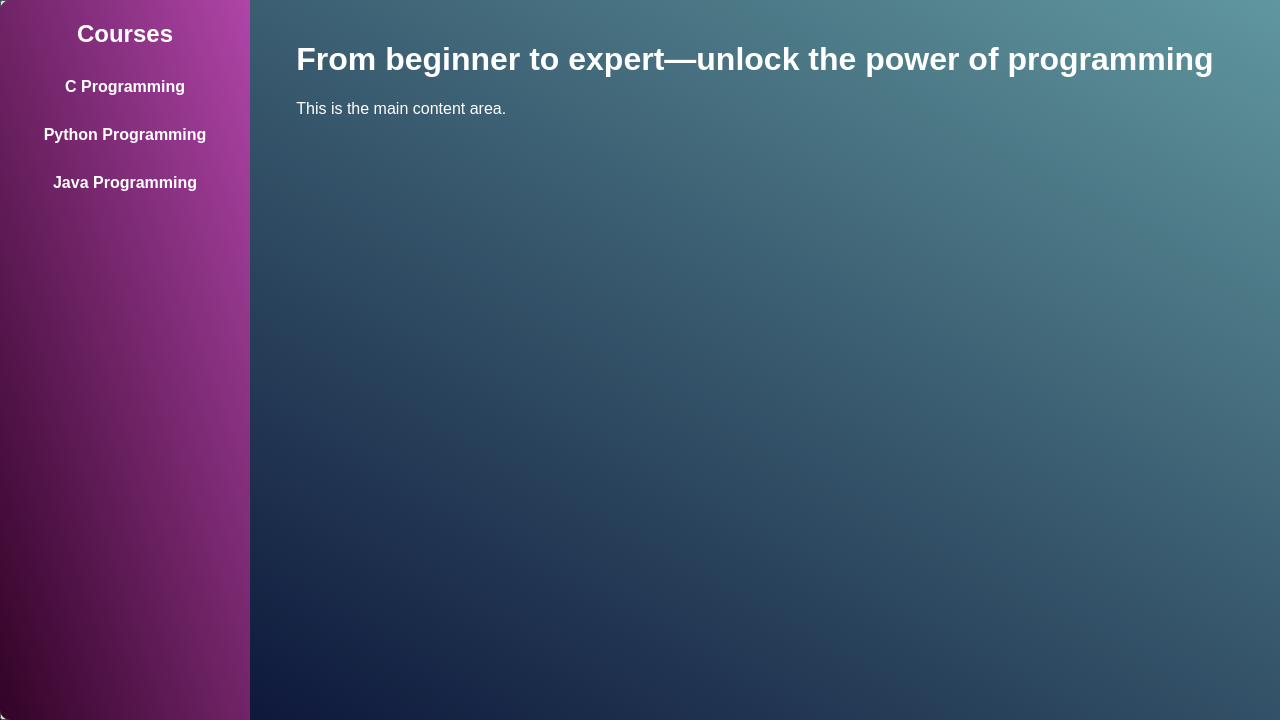
Repository: RishitSharma88/SeaGro
Page: templates/learningcourses.html
An editor plug-in stored every save of this project. The page is shown before and after the next save, followed by the edit.
The browser window is 1280 px wide. The pictures show the whole page.
The template is drawn by Flask 3. The application's start-up code is not run. The template is opened directly, without the code that normally fills it, so the values that code supplies are empty.

Above is the page before, as saved 2024-12-28 18:07:04.

After the next save:
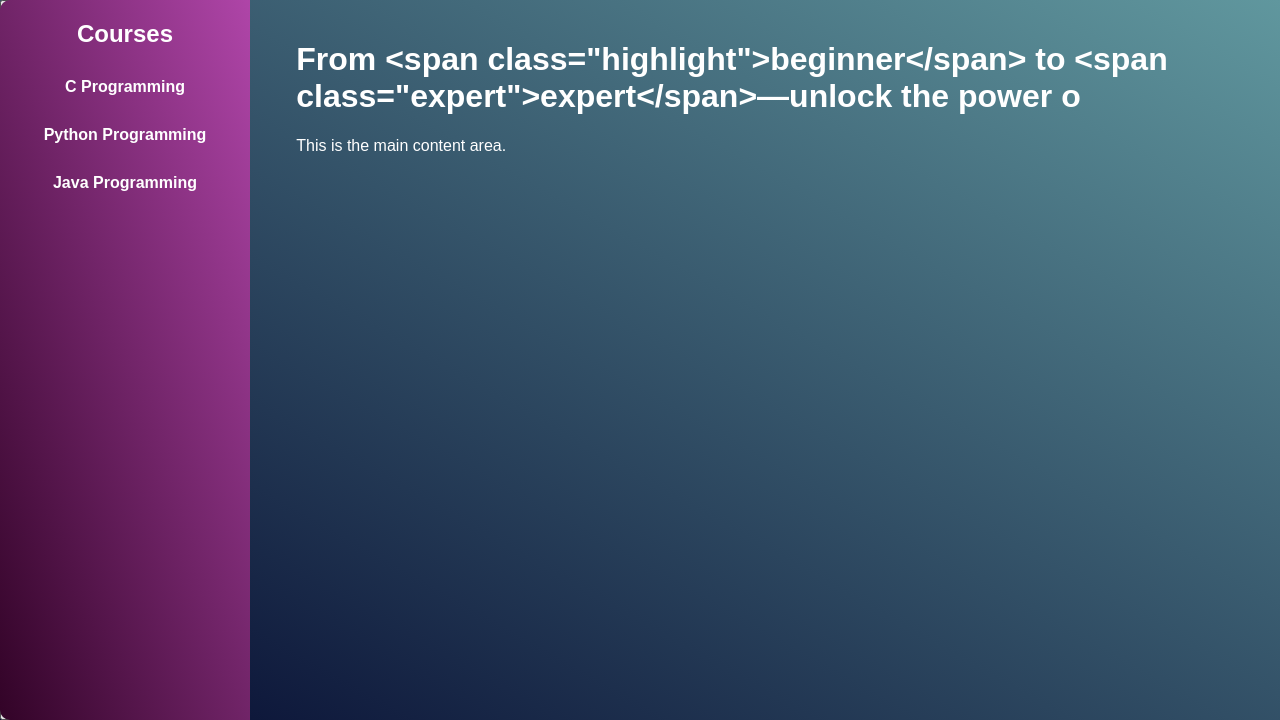
Saved 3 min 1 s later.
--- a/templates/learningcourses.html
+++ b/templates/learningcourses.html
@@ -162,7 +162,7 @@
     </div>
 
     <script>
-        const text = "From beginner to expert—unlock the power of programming";
+        const text = 'From <span class="highlight">beginner</span> to <span class="expert">expert</span>—unlock the power of programming';
         let i = 0;
 
         function typeWriter() {
